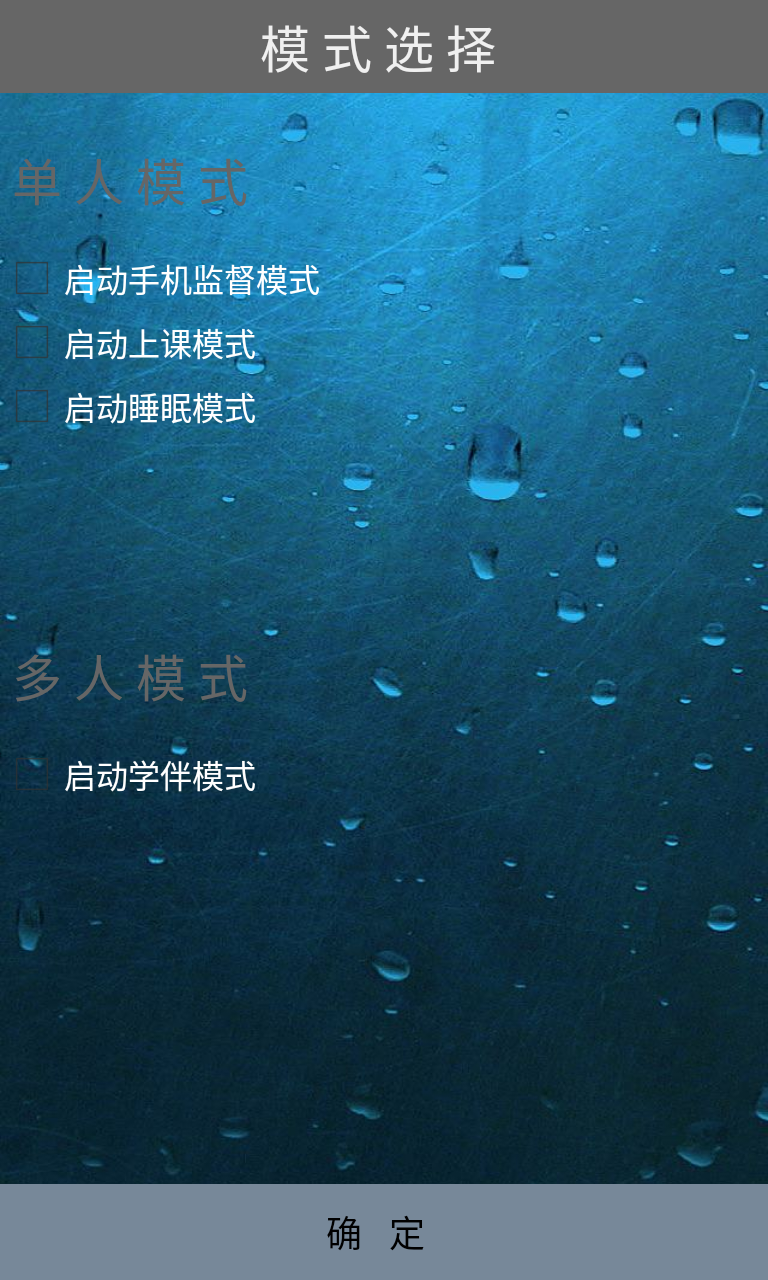
Repository: 17390089054/android
Layout: learning/res/layout/activity_second.xml
An editor plug-in stored every save of this project. The layout is shown before and after the next save, followed by the edit.
It is drawn on a 768 x 1280 px phone screen (xhdpi) without system bars, with theme AppTheme; the app's code is not run.

Above is the layout before, as saved 2018-05-01 14:19:49.

After the next save:
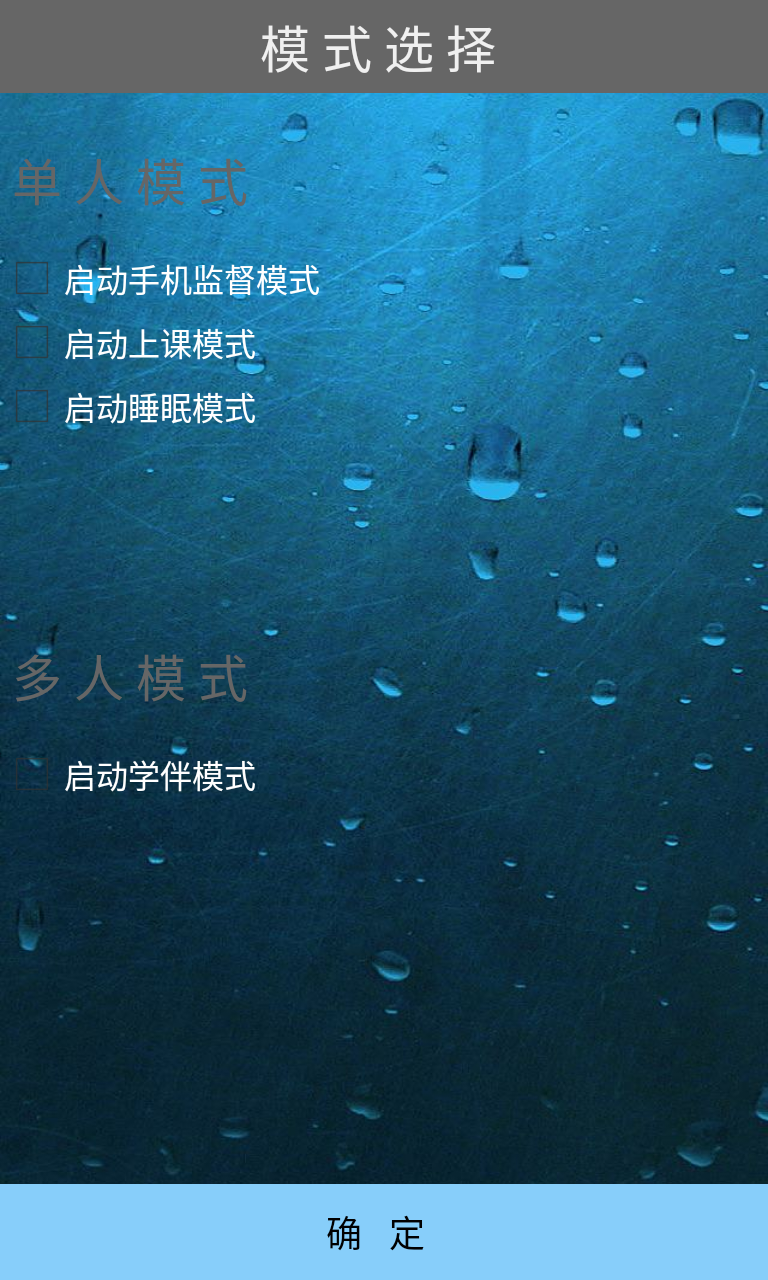
Saved 27 s later.
--- a/learning/res/layout/activity_second.xml
+++ b/learning/res/layout/activity_second.xml
@@ -74,7 +74,7 @@
 	    android:layout_width="match_parent"
 	    android:layout_height="wrap_content"
 	    android:padding="2dp"
-	    android:background="#778899"
+	    android:background="#87cefa"
 	    android:text=" 确   定   "
 	    />
 </LinearLayout>

After the save that followed:
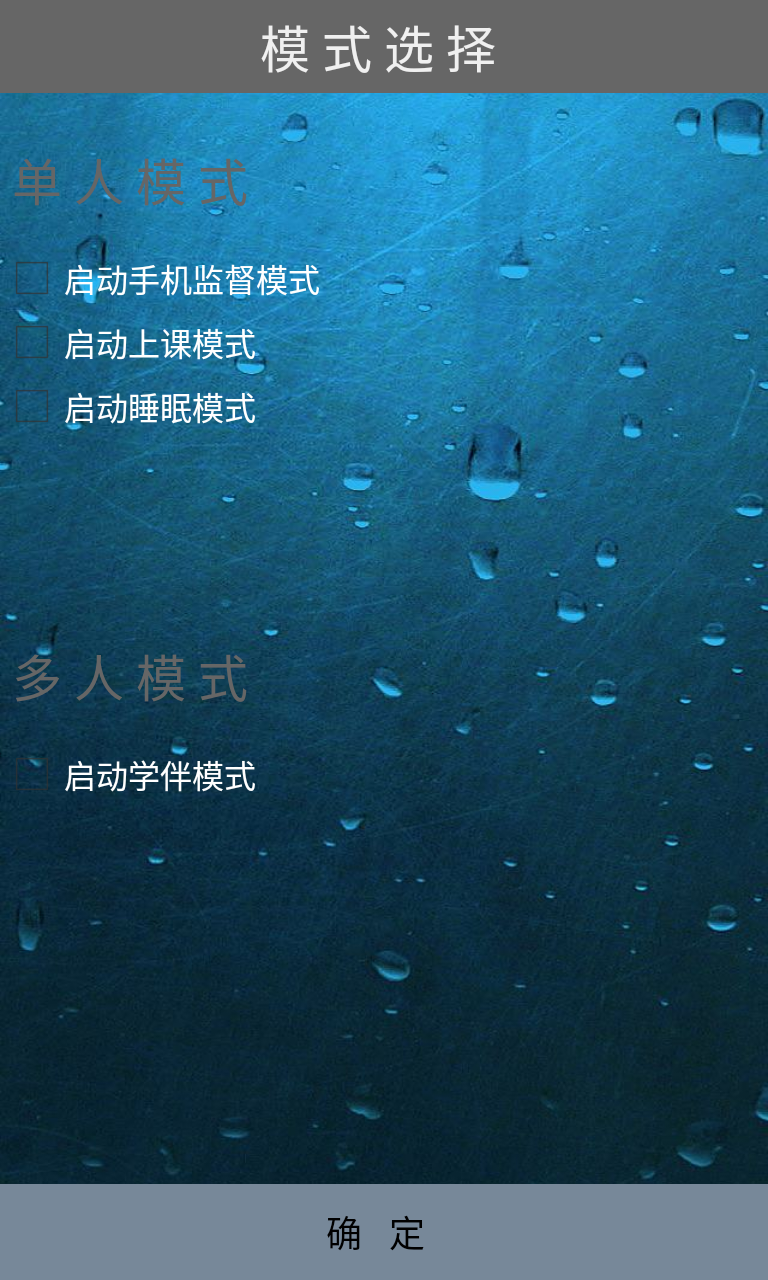
Saved 4 s later.
--- a/learning/res/layout/activity_second.xml
+++ b/learning/res/layout/activity_second.xml
@@ -74,7 +74,7 @@
 	    android:layout_width="match_parent"
 	    android:layout_height="wrap_content"
 	    android:padding="2dp"
-	    android:background="#87cefa"
+	    android:background="#778899"
 	    android:text=" 确   定   "
 	    />
 </LinearLayout>
